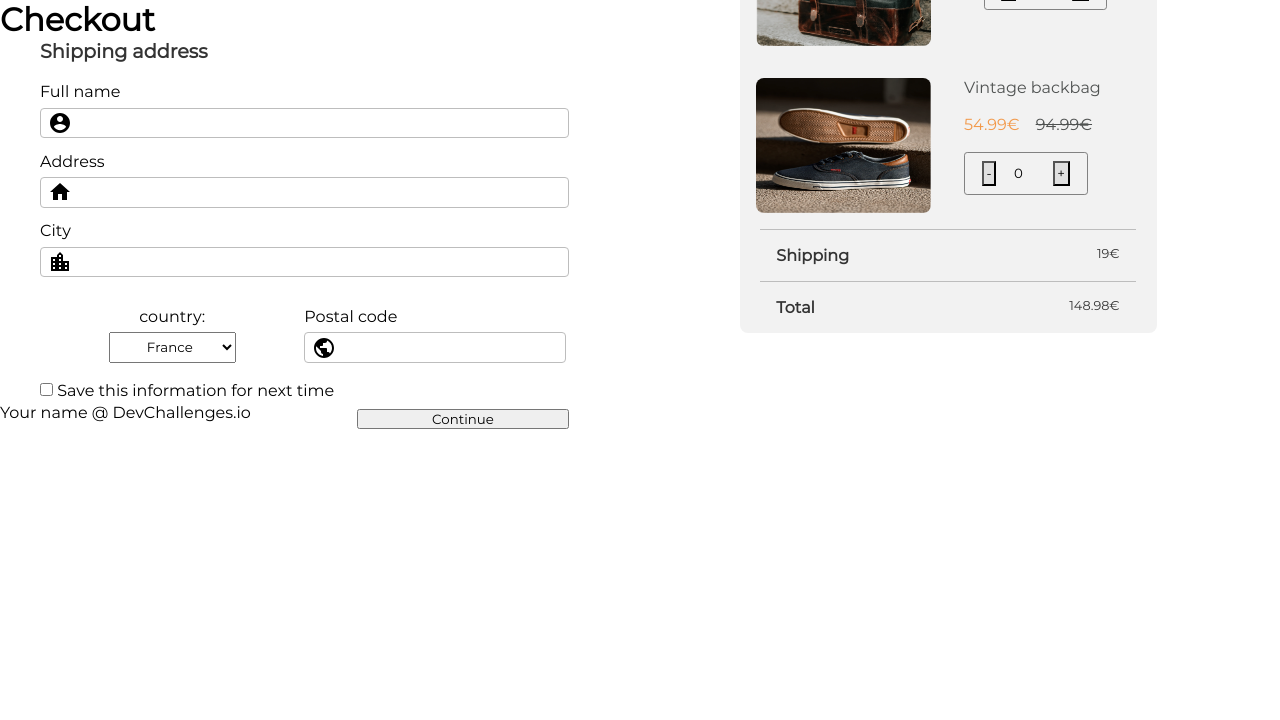
Repository: dubar-jeremy/checkout-page-master
Page: index.html
The author's editor kept a copy of each file at every save. The page is drawn from the files as they stood at one save, then again after the next save.
The browser window is 1280 px wide. The pictures show the whole page.
The style sheet was rebuilt from its Sass, Less or Tailwind sources for each picture, by a compiler version that may differ from the author's.

Above is the page before, as saved 2021-02-06 00:18:18.

After the next save:
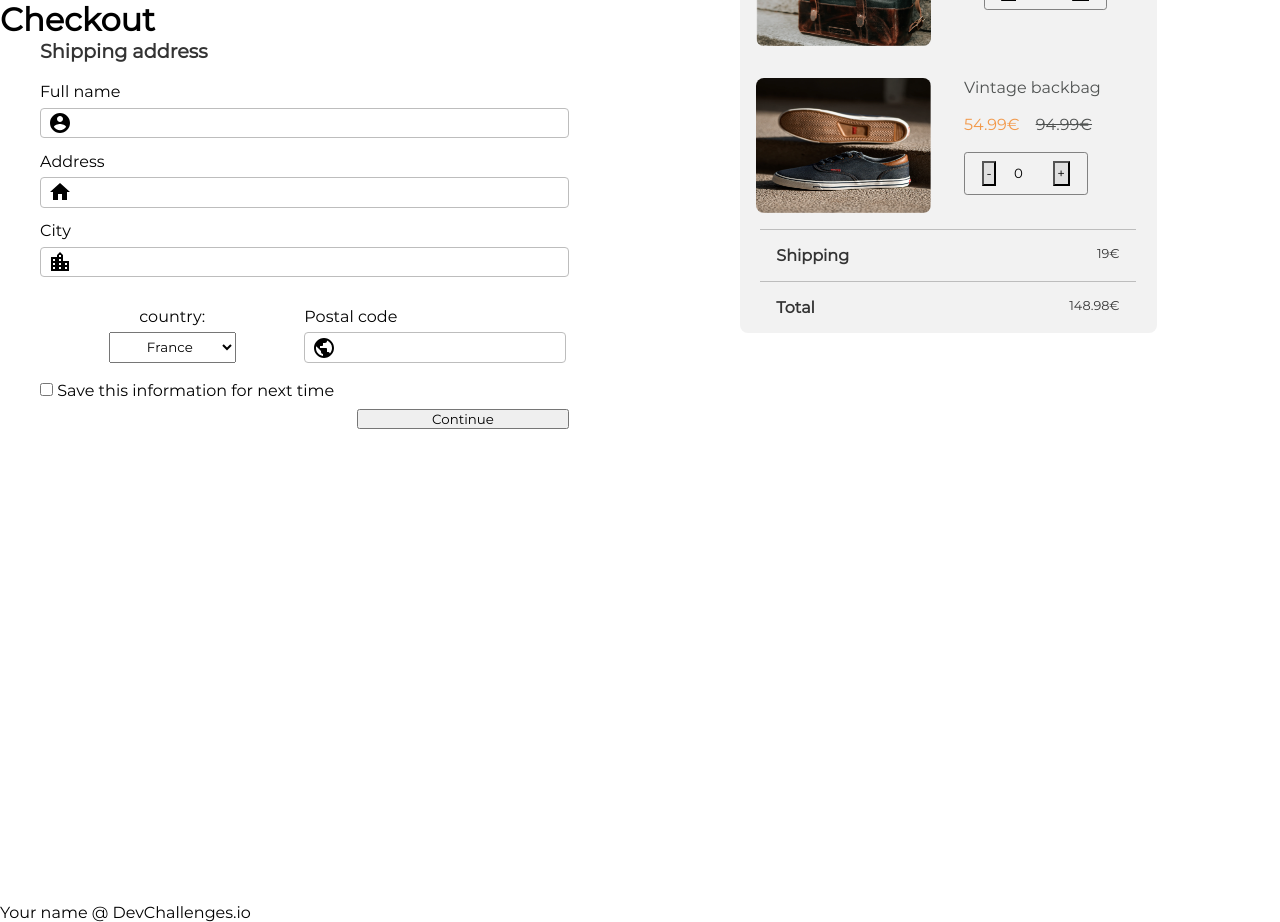
Saved 43 s later.
--- a/style/style.scss
+++ b/style/style.scss
@@ -242,7 +242,7 @@
 @media screen AND (min-width: 900px) {
   .grid-container {
     grid-template-columns: 1fr 1fr;
-    grid-template-rows: 150px auto 150px;
+    grid-template-rows: 150px 500px 150px;
     justify-items: start;
   }
 

After the save that followed:
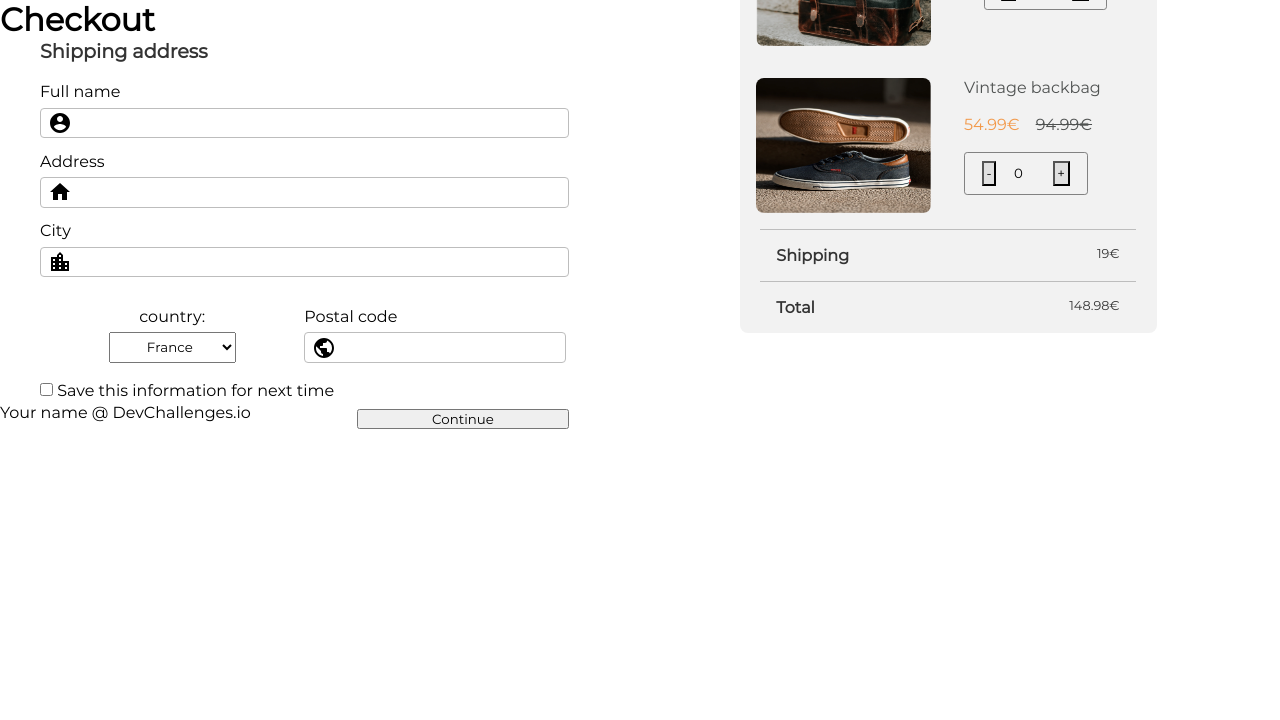
Saved 19 s later.
--- a/style/style.scss
+++ b/style/style.scss
@@ -242,7 +242,7 @@
 @media screen AND (min-width: 900px) {
   .grid-container {
     grid-template-columns: 1fr 1fr;
-    grid-template-rows: 150px 500px 150px;
+    grid-template-rows: 150px auto 150px;
     justify-items: start;
   }
 
